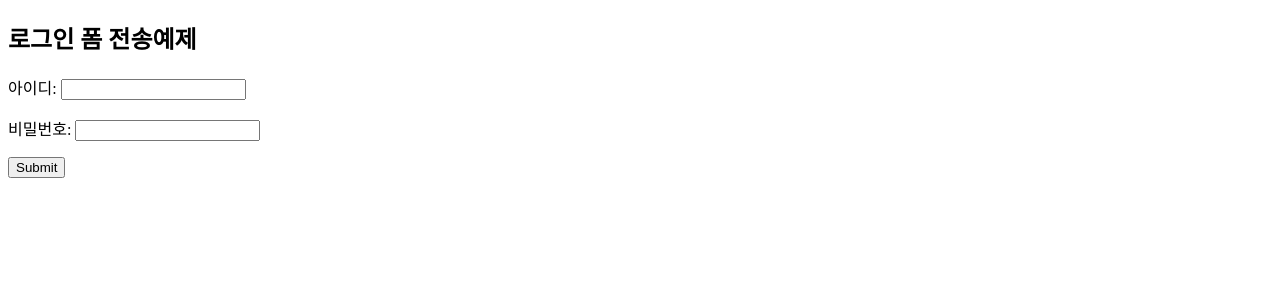
Repository: sieoh/2024html-
Page: http://localhost/jspweb_07/form_login.jsp
An editor plug-in stored every save of this project. The page is shown before and after the next save, followed by the edit.
The browser window is 1280 px wide. The pictures show the whole page.
The page is served by Tomcat 9. Other server files are loaded and not shown.

Above is the page before, as saved 2024-01-11 01:45:29.

### workspace_sts/jspweb_07/src/main/webapp/form_login.jsp
<%@ page language="java" contentType="text/html; charset=UTF-8"
    pageEncoding="UTF-8"%>
<!DOCTYPE html>
<html>
<head>
<meta charset="UTF-8">
<title>Insert title here</title>
</head>
<body>
	<h2>로그인 폼 전송예제</h2>
	<form action="pro_login.jsp" method="GET">
		<p>
			<label>아이디: </label>
			<input type="text" name="id">
		</p>
		<p>
			<label>비밀번호: </label>
			<input type="password" name="password">
		</p>
		<p>
			<input type="submit" name="로그인">
		</p>
	</form>
</body>
</html>

After the next save:
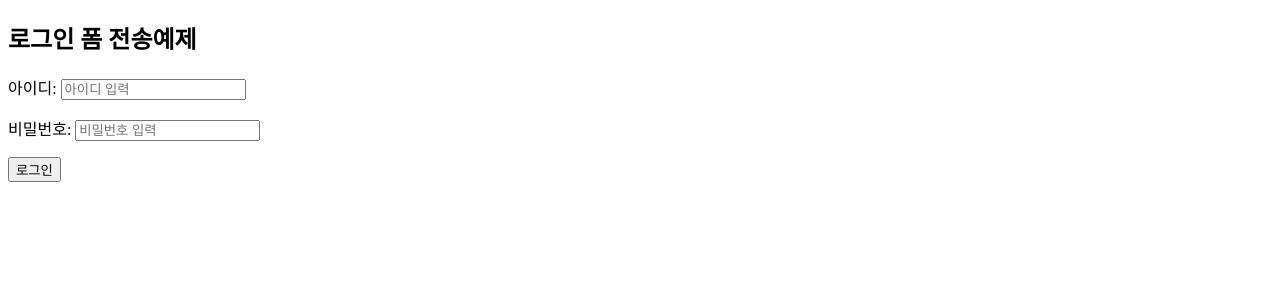
Saved 18 min 41 s later.
--- a/workspace_sts/jspweb_07/src/main/webapp/form_login.jsp
+++ b/workspace_sts/jspweb_07/src/main/webapp/form_login.jsp
@@ -11,14 +11,14 @@
 	<form action="pro_login.jsp" method="GET">
 		<p>
 			<label>아이디: </label>
-			<input type="text" name="id">
+			<input type="text" name="id" placeholder="아이디 입력">
 		</p>
 		<p>
 			<label>비밀번호: </label>
-			<input type="password" name="password">
+			<input type="password" name="password" placeholder="비밀번호 입력">
 		</p>
 		<p>
-			<input type="submit" name="로그인">
+			<input type="submit" value="로그인">
 		</p>
 	</form>
 </body>
